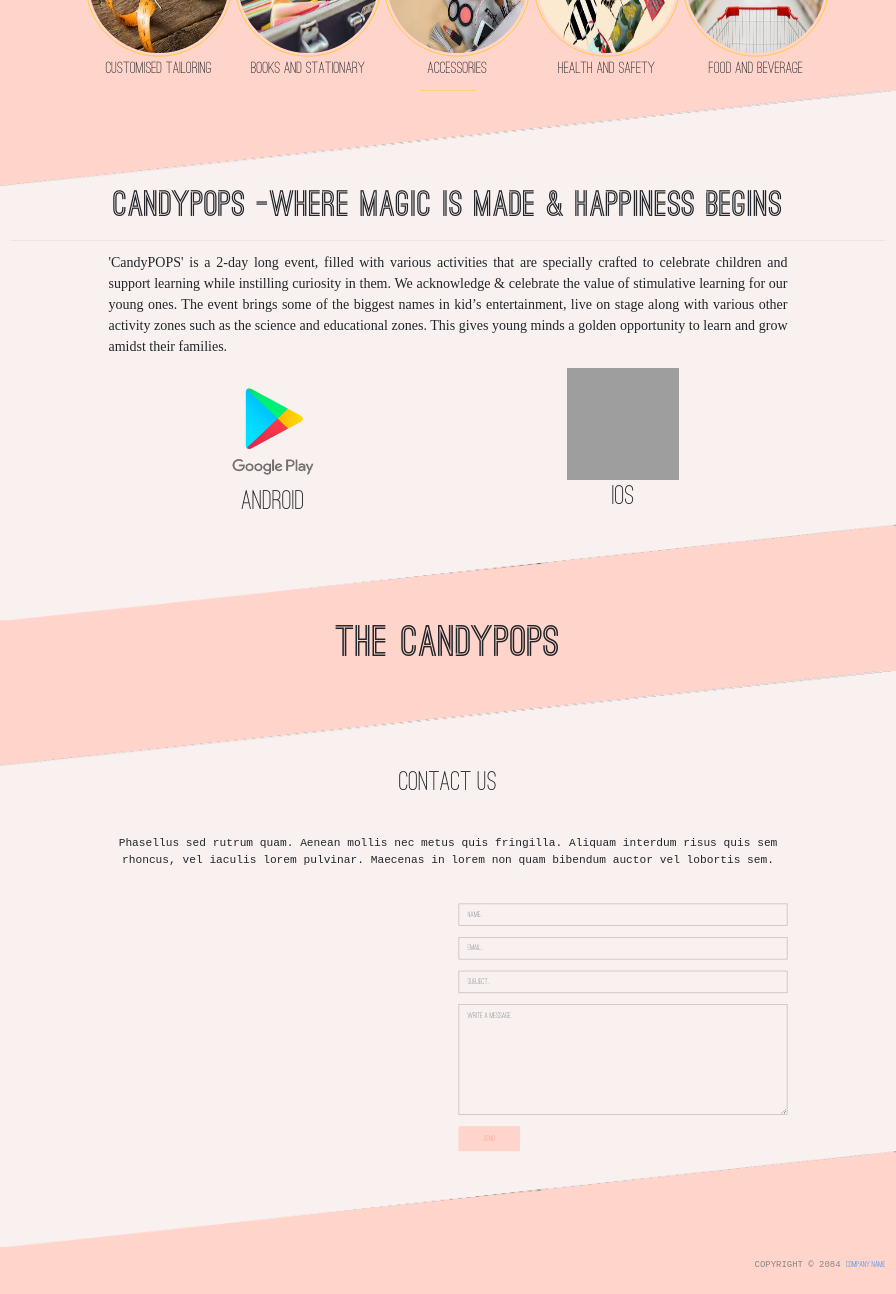
Repository: Demonster1999/newshoperrepo
Page: index.html
An editor plug-in stored every save of this project. The page is shown before and after a run of saves, followed by the edit.
The browser window is 1280 px wide. The pictures show the part of the page from y = 2504 to 4424 px (the page is 4352 px tall before and 4424 px after), at 70% of full size.
Pictures or frames that could not be fetched are drawn as grey boxes. Some web libraries are served in a nearby version.

Above is the page before, as saved 2020-07-21 15:31:16.
Console error: TypeError: Cannot read properties of null (reading 'getContext')

After the next 2 saves:
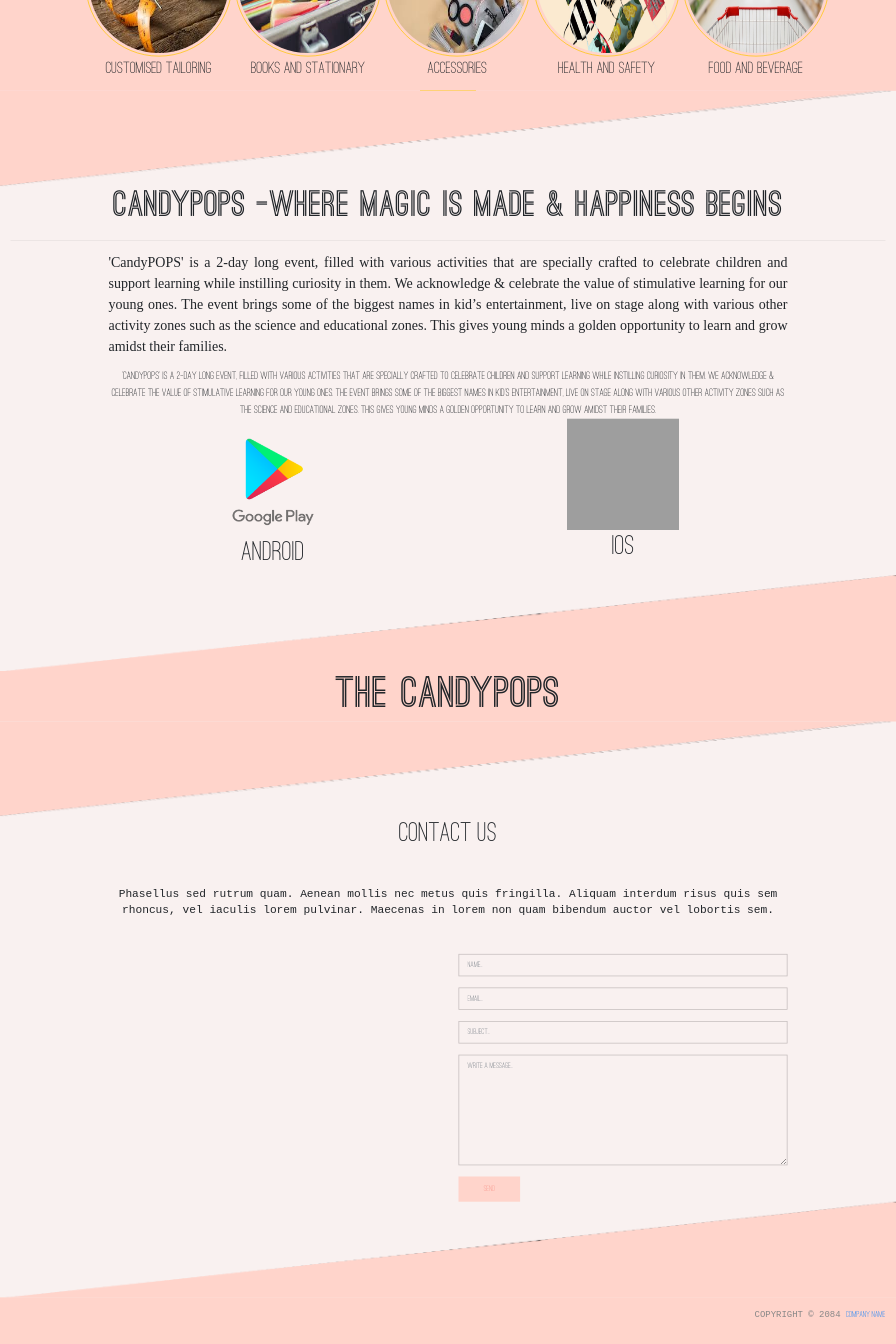
The 2 saves are shown as one change because they came seconds apart.
The last was saved 11 s later.
--- a/index.html
+++ b/index.html
@@ -300,6 +300,12 @@
 			such as the science and educational zones. This gives young minds a golden opportunity to learn and grow amidst their
 			families.
 			</p>
+			'CandyPOPS' is a 2-day long event, filled with various activities that are specially crafted to celebrate children and
+			support learning while instilling curiosity in them. We acknowledge & celebrate the value of stimulative learning for
+			our young ones.
+			The event brings some of the biggest names in kid’s entertainment, live on stage along with various other activity zones
+			such as the science and educational zones. This gives young minds a golden opportunity to learn and grow amidst their
+			families.
 			<div class="row">
 				<div class="col-md-6 p-2 text-center">
 					<a href="https://play.google.com/store/apps/details?id=com.prpwebs.londonmarket" class="h1"> <img
